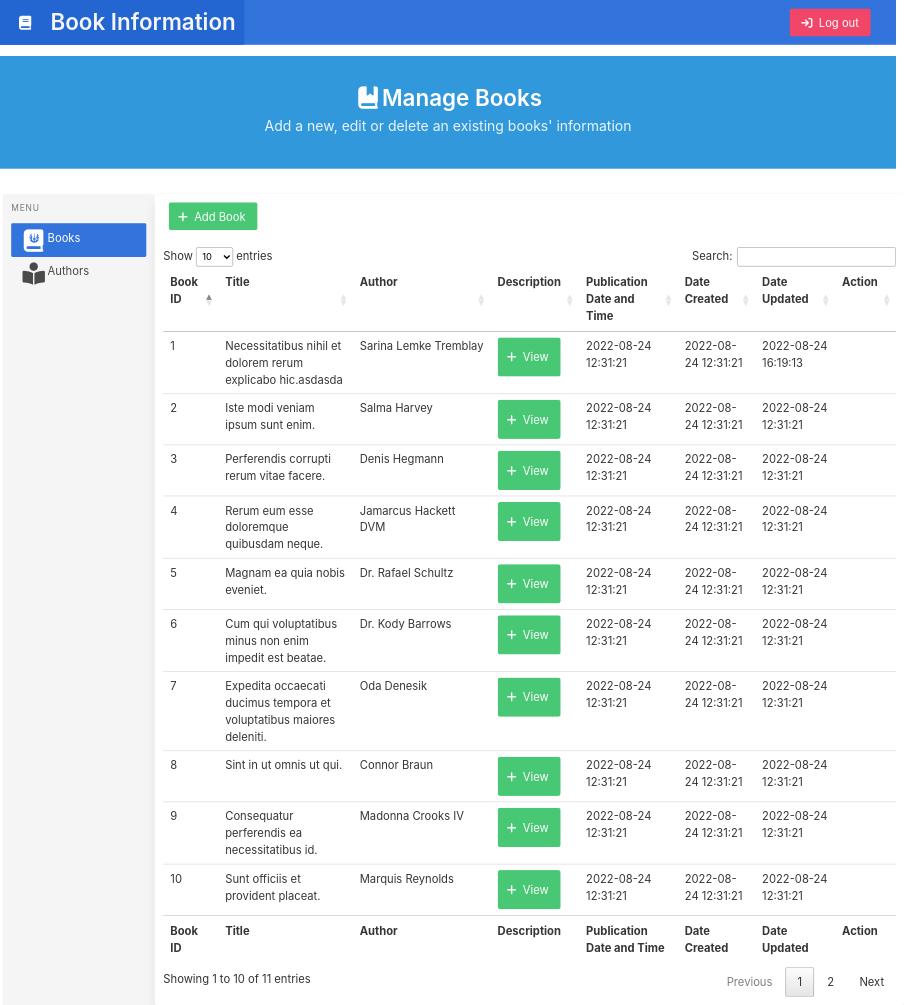
Repository: setsunafjustin00208/books_info_laravel_version
Page: http://localhost/appview/books
The author's editor kept a copy of each file at every save. The page is drawn from the files as they stood at one save, then again after a run of saves.
The browser window is 1280 px wide. The page is 1292 px wide, so the pictures cover 1292 px, including what lies to the right of the window. The pictures show the part of the page from y = 0 to 1880 px (the page is 1436 px tall before and 4276 px after), at 70% of full size.
The page is served by the project's Laravel application, run on PHP 8.4 with Laravel 9. The database holds what the project's SQL file puts in it.

Above is the page before, as saved 2022-08-25 07:06:45.
Console error: ReferenceError: jQuery is not defined

After the next 5 saves:
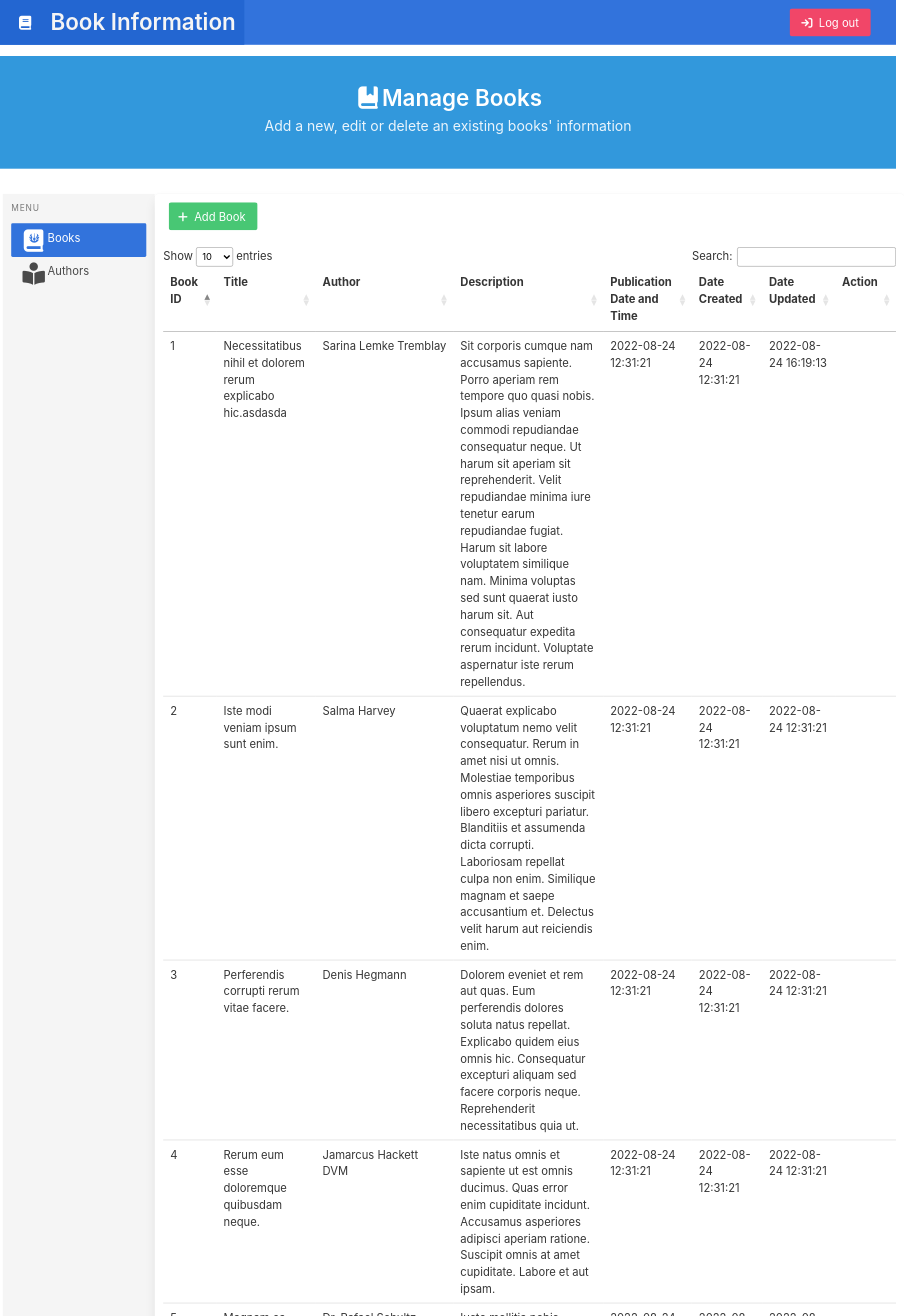
The 5 saves are shown as one change because they came seconds apart.
The last was saved 96 s later.
--- a/resources/views/appviews/books.blade.php
+++ b/resources/views/appviews/books.blade.php
@@ -127,7 +127,7 @@
                                 <td>{{$book->id}}</td>
                                 <td>{{$book->book_name}}</td>
                                 <td>{{$book->author}}</td>
-                                <td><x-view-modal>{{$book->description}}</x-view-modal></td>
+                                <td>{{$book->description}}</td>
                                 <td>{{$book->publication_date_n_time}}</td>
                                 <td>{{$book->created_at}}</td>
                                 <td>{{$book->updated_at}}</td>
